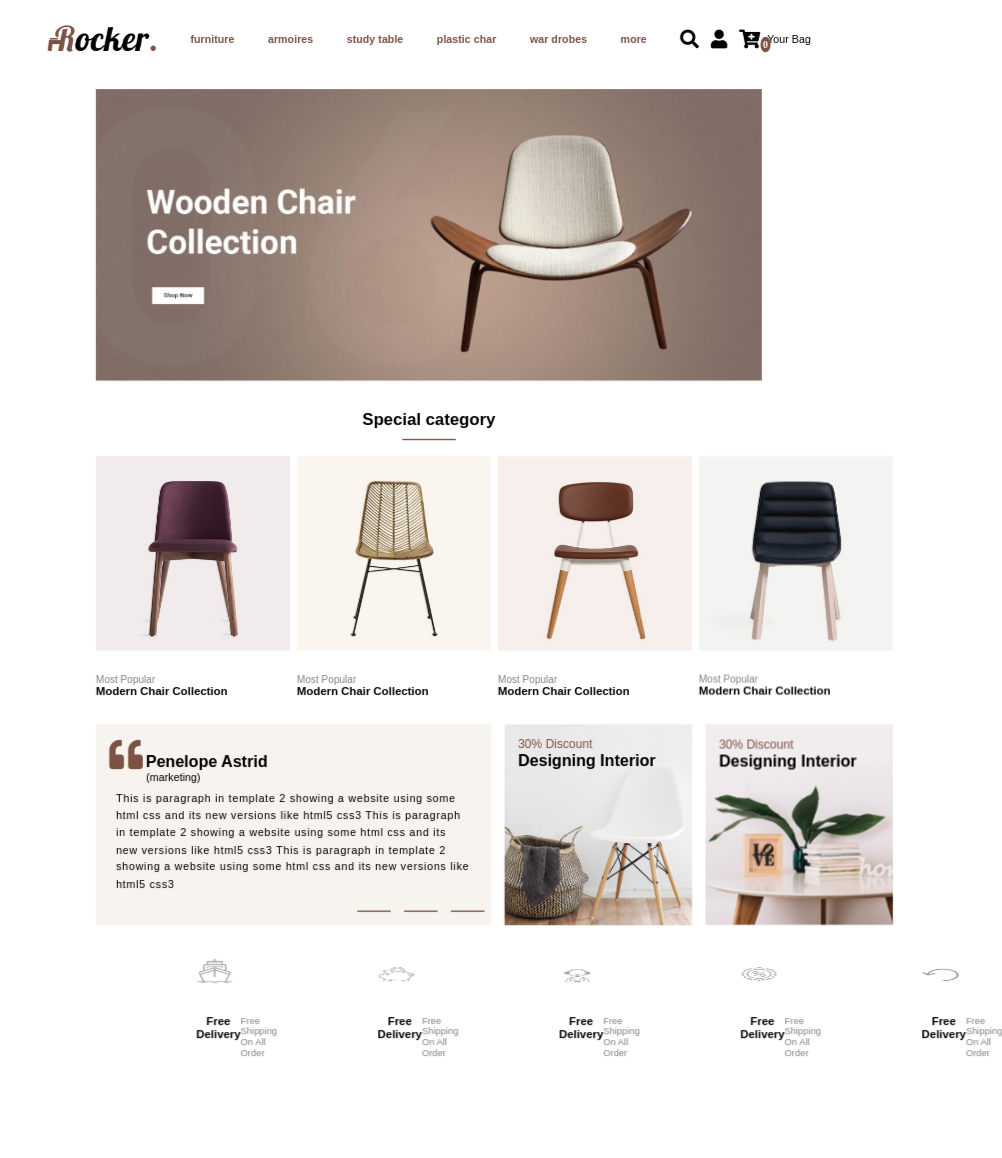
Repository: Ahmed123rezk123/p2-template
Page: index.html
These files come from the project's save history. The page is drawn as it stood at one moment and after a run of saves; the edit follows.
The browser window is 1280 px wide. The page is 1496 px wide, then 1333 px, so the pictures cover 1496 px, including what lies to the right of the window. The pictures show the whole page, at 67% of full size.

Above is the page before, as saved 2024-01-24 22:40:26.

### index.html
<!DOCTYPE html>
<html lang="en">
<head>
   <meta charset="UTF-8">
    <title>Project2</title>
  <link rel="stylesheet" href="css/style.css">
  <link rel="stylesheet" href="css/all.css">
</head>
<body>
    <!-- Header -->
    <header>
        <div class="container">
        <div class="logo">
            <a href="#"><img src="images/logo.png" alt="LOGO"></a>
        </div>
        <nav>
            <ul>
                <li><a href="#" class="active">furniture</a></li>
                <li><a href="#">armoires</a></li>
                <li><a href="#">study table</a></li>
                <li><a href="#">plastic char</a></li>
                <li><a href="#">war drobes</a></li>
                <li><a href="#">more</a></li>
            </ul>
            <div class="icons">
            <i class="fas fa-search"></i>
            <i class="fas fa-user"></i>
            <i class="fas fa-cart-plus i3"></i>
            </div>
        <span>Your Bag</span>
        </nav>
        </div>
    </header>
    <!-- Start Section 1 -->
    <section class="section1">
        <div class="container">
            <img src="images/main-banner-1-1600x700.jpg" alt="">
        </div>
    </section>
    <!-- End Section 1 -->
    <!-- Start Section 2 -->
    <section class="section2">
        <div class="container">
            <div class="div">
            <h2 class="specail">Special category</h2>
            <div class="line"></div>
            </div>
           <div class="parent1">
            <div class="div1">
                <img src="images/category-banner1.jpg" alt="">
                <p>Most Popular</p>
            <h3>Modern Chair Collection</h3>
            </div>
            <div class="div2">
                <img src="images/category-banner2.jpg" alt="">
                <p>Most Popular</p>
                <h3>Modern Chair Collection</h3></div>
            <div class="div3">
                <img src="images/category-banner3.jpg" alt="">
                <p>Most Popular</p>
                <h3>Modern Chair Collection</h3>
            </div>
            <div class="div4">
                <img src="images/category-banner4.jpg" alt="">
                <p>Most Popular</p>
                <h3>Modern Chair Collection</h3>
            </div>
            <div class="div5">
                <i class="fas fa-quote-left comma"></i>
                <h2>Penelope Astrid</h2>
                <span>(marketing)</span>
                <p>This is paragraph in template 2 showing a website using some html css and its new versions like html5 css3 This is paragraph in template 2 showing a website using some html css and its new versions like html5 css3 This is paragraph in template 2 showing a website using some html css and its new versions like html5 css3</p>
                <div class="child"></div>
            </div>
            <div class="div6"></div>
            <div class="div7">
                <p>30% Discount</p>
                <h2>Designing Interior</h2>
            </div>
            <div class="div8">
                <p>30% Discount</p>
                <h2>Designing Interior</h2>
            </div>
            <div class="parent2">
                <div class="div1-1">
                    <img src="images/icon1-1.png" alt="">
                    <div class="content-div1">
                    <h3>Free Delivery</h3>
                    <span>Free Shipping On All Order</span>
                </div>
                </div>
                <div class="div2-1">
                    <img src="images/icon2-1.png" alt="">
                    <div class="content-div2">
                        <h3>Free Delivery</h3>
                        <span>Free Shipping On All Order</span>
                    </div>
                </div>
                <div class="div3-1">
                    <img src="images/icon3-1.png" alt="">
                    <div class="content-div3">
                        <h3>Free Delivery</h3>
                        <span>Free Shipping On All Order</span>
                    </div>
                </div>
                <div class="div4-1">
                    <img src="images/icon4-1.png" alt="">
                    <div class="content-div4">
                        <h3>Free Delivery</h3>
                        <span>Free Shipping On All Order</span>
                    </div>
                </div>
                <div class="div5-1">
                    <img src="images/icon5-1.png" alt="">
                    <div class="content-div5">
                        <h3>Free Delivery</h3>
                        <span>Free Shipping On All Order</span>
                    </div>
                </div>
            </div>
           </div>
        </div>
    </section>
    <!-- End Section 2 -->
</body>
</html>

### css/style.css
/* Start variables */
:root {
    --maincolor: #7b5244;
    --subcolor: #333;
}
/* End variables */
/* Start Global Rules   */
* {
    -webkit-box-sizing: border-box;
    -moz-box-sizing: border-box;
    box-sizing: border-box;
   padding: 0;
   margin: 0;
}
body {
    font-family: Arial, Helvetica, sans-serif;
    perspective: 700px;
    transform-style: preserve-3d;
}
html {
    scroll-behavior: smooth;
}
ul {
    list-style: none;
}
.container {
    width: 80%;
    padding-left: 15px;
    padding-right: 15px;
    margin-left: auto;
    margin-right: auto;
}

/* Small */

@media(min-width: 768px) {
    .container {
       width: 750px;
    }
}

/* Medium */

@media(min-width: 992px) {
    .container {
        width: 970px;
    }
}

/* Large  */

@media(min-width: 1200px) {
    .container {
        width: 1170px;
    }
}
/* End Global Rules   */
/* Start Header */
header .container {
    display: flex;
    justify-content: space-between;
    align-items: center;
    position: relative;
    min-height: 97px;
 }
 header nav {
    flex: 1;
    display: flex;
    align-items: center;
    justify-content: flex-end;
}
 header nav ul {
    display: flex;

}
header nav ul li a {

    display: block;
    color: var(--maincolor);
    text-decoration: none;
    font-size: 16px;
    font-weight: bold;
    padding: 50px 0px;
    margin-right: 50px;
}

/* header nav ul li a:hover::before{
content: "";
position: absolute;
border-left: 2px solid var(--maincolor);
border-right: 2px solid var(--maincolor);
width: 60px;
height: 35px;

}  */
header nav .icons {
    font-weight: bold;
    font-size: 28px;
   word-spacing: 10px;
   margin-right: 10px;
}
header nav .icons .i3::after {
    position: absolute;
    content: "0";
    background-color: #7b5244;
    color: #fff;
    padding: 4px;
    border-radius: 50%;
    font-size: 15px;
    bottom: 40px;
    right: 75px;

}
/* End Header */


/* Start section 1 */
.section1 .container {
    width: 80%;
    position: relative;
    margin-top: 15px;
    margin-bottom: 40px;
    margin-left: auto;
    margin-right: auto;

}
.section1 .container img{
 width: 100%;
}
/* End section 1 */


/* Start Section 2 */
.section2 .container {
    width: 80%;
    position: relative;
}
.section2 .container .div {
    margin: 40px auto;
}
.section2 .container .specail {
    text-align: center;
    font-size: 25px;
}
.section2 .container .line {
 position: relative;
}
.section2 .container .line::before {
    content: "";
    position: absolute;
    width: 8%;
    height: 2px;
    background-color: var(--maincolor);
    top: 50%;
    left: 50%;
    transform: translate(-50%,-50%);
    margin: 15px 0;
    transition: .5s;
}
.section2 .container .div:hover  .line::before {
    content: "";
    position: absolute;
    width: 13%;
    height: 2px;
    background-color: var(--maincolor);
    top: 50%;
    left: 50%;
    transform: translate(-50%,-50%);
    margin: 15px 0;
}
.section2 .container .parent1 {
    width: 80%;
    display: grid;
    grid-template-columns: 200px 200px 200px 200px;
    grid-template-rows: 250px 250px;
   grid-gap: 150px 100px;
}
.section2 .container .parent1 img {
    width: 290px ;
    height: 290px;
    margin-bottom: 30px;
}
.section2 .container .parent1 p {
    color: gray;
    font-size: 15px;
}
.section2 .container .parent1 h3 {
    font-size: 17px;
}
.section2 .container .parent1 .div1,
.section2 .container .parent1 .div2,
.section2 .container .parent1 .div3,
.section2 .container .parent1 .div4 {
    position: relative;
}
.section2 .container .parent1 .div1:hover::before {
position: absolute;
content: " > ";
width: 30px;
height: 30px;
background-color: brown;
color: white;
text-align: center;
font-size: 25px;
top: 330px;
left: 260px;
}
.section2 .container .parent1 .div2:hover::before {
    position: absolute;
    content: " > ";
    width: 30px;
    height: 30px;
    background-color: brown;
    color: white;
    text-align: center;
    font-size: 25px;
    top: 330px;
    left: 260px;
}
.section2 .container .parent1 .div3:hover::before {
    position: absolute;
    content: " > ";
    width: 30px;
    height: 30px;
    background-color: brown;
    color: white;
    text-align: center;
    font-size: 25px;
    top: 330px;
    left: 260px;
    }
.section2 .container .parent1 .div4:hover::before {
    position: absolute;
    content: " > ";
    width: 30px;
    height: 30px;
    background-color: brown;
    color: white;
    text-align: center;
    font-size: 25px;
    top: 330px;
    left: 260px;
    }
    .section2 .container .parent1 .div5 {
        width: 590px;
        height: 300px;
        position: relative;
        background-color: #f7f3ef;
        padding: 20px;
        grid-column: 1 / 3;
        grid-row: 2 / 3;
    }
    .section2 .container .parent1 .div5 .comma {
       font-size: 50px;
       color: var(--maincolor);
    }
    .section2 .container .parent1 .div5 h2 {
        display: inline-flex;
    }
    .section2 .container .parent1 .div5 span {
        display: block;
        margin-left: 55px;
    }
    .section2 .container .parent1 .div5 p {
        margin: 10px;
        color: black;
        font-size: 16px;
        line-height: 1.6;
        letter-spacing: 1.1px;
    }
    .section2 .container .parent1 .div5::before {
        content: "";
        position: absolute;
        width: 50px;
        height: 2px;
        background-color: var(--maincolor);
        bottom: 20px;
        right: 10px;

    }
    .section2 .container .parent1 .div5::after {
        content: "";
        position: absolute;
        width: 50px;
        height: 2px;
        background-color: var(--maincolor);
        bottom: 20px;
        right: 80px;

    }
    .section2 .container .parent1 .div5 .child::before {
        content: "";
        position: absolute;
        width: 50px;
        height: 2px;
        background-color: var(--maincolor);
        bottom: 20px;
        right: 150px;

    }
    .section2 .container .parent1 .div7 {
        width: 280px;
        height: 300px;
        position: relative;
        background-image: url(../images/cms-banner-1.jpg);
        background-size: cover;
        margin-left: 10px;
        grid-column: 3 / 4;
        grid-row: 2 / 4;
        transition: .5s;
    }

    .section2 .container .parent1 .div8 {
        width: 280px;
        height: 300px;
        position: relative;
        background-image: url(../images/cms-banner-2.jpg);
        background-size: cover;
        margin-left: 10px;
        grid-column: 4 / 5;
        grid-row: 2 / 5;
        transition: .5s;
    }
    .section2 .container .parent1 .div7 p,
    .section2 .container .parent1 .div8 p {
        padding-left: 20px;
        padding-top: 20px;
        font-size: 18px;
        color: var(--maincolor);
    }
    .section2 .container .parent1 .div7 h2,
    .section2 .container .parent1 .div8 h2 {
        padding-left: 20px;
    }
    .section2 .container .parent1 .div7:hover,
    .section2 .container .parent1 .div8:hover
    {
        /* width: 280px;
        height: 300px; */
        transform: scale( 1.1 , 1.1 );
    }
    .section2 .container .parent1 .parent2 {
        position: relative;
        display: flex;
        justify-content: space-between;
        margin-top: -50px;
        margin-left: -150px;
    }

    .section2 .container .parent1 .parent2 .div1-1,
    .section2 .container .parent1 .parent2 .div2-1,
    .section2 .container .parent1 .parent2 .div3-1,
    .section2 .container .parent1 .parent2 .div4-1,
    .section2 .container .parent1 .parent2 .div5-1 {
        margin-right: 150px;
     }
    .section2 .container .parent1 .parent2 .div1-1 .content-div1 ,
    .section2 .container .parent1 .parent2 .div2-1 .content-div2 ,
    .section2 .container .parent1 .parent2 .div3-1 .content-div3 ,
    .section2 .container .parent1 .parent2 .div4-1 .content-div4 ,
    .section2 .container .parent1 .parent2 .div5-1 .content-div5   {

         display: flex;
    }

    .section2 .container .parent1 .parent2 .div1-1 h3,
    .section2 .container .parent1 .parent2 .div2-1 h3,
    .section2 .container .parent1 .parent2 .div3-1 h3,
    .section2 .container .parent1 .parent2 .div4-1 h3,
    .section2 .container .parent1 .parent2 .div5-1 h3 {
        text-align: center;
    }
    .section2 .container .parent1 .parent2 .div1-1 span ,
    .section2 .container .parent1 .parent2 .div2-1 span ,
    .section2 .container .parent1 .parent2 .div3-1 span  ,
    .section2 .container .parent1 .parent2 .div4-1 span ,
    .section2 .container .parent1 .parent2 .div5-1 span  {
        display: block;
        color: gray;
        font-size: 14px;
    }
    .section2 .container .parent1 .parent2 img {
        width: 55px;
        height: 50px;
    }

/* End Section 2 */

Loaded but not shown: css/all.css (library)

After the next 2 saves:
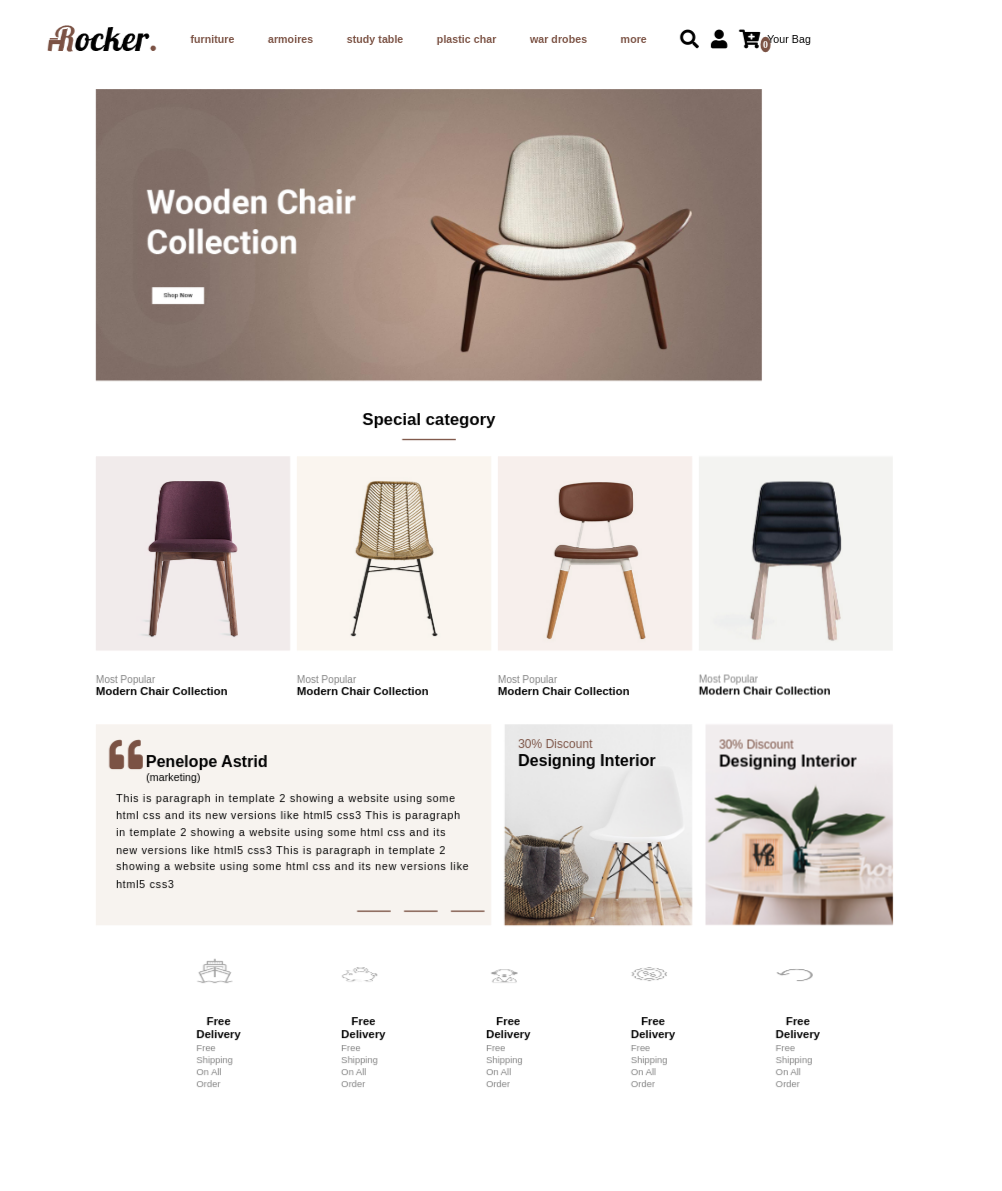
The 2 saves are shown as one change because they came seconds apart.
The last was saved 18 s later.
--- a/css/style.css
+++ b/css/style.css
@@ -360,7 +360,7 @@ left: 260px;
     .section2 .container .parent1 .parent2 .div4-1 .content-div4 ,
     .section2 .container .parent1 .parent2 .div5-1 .content-div5   {
 
-         display: flex;
+
     }
 
     .section2 .container .parent1 .parent2 .div1-1 h3,
@@ -375,7 +375,7 @@ left: 260px;
     .section2 .container .parent1 .parent2 .div3-1 span  ,
     .section2 .container .parent1 .parent2 .div4-1 span ,
     .section2 .container .parent1 .parent2 .div5-1 span  {
-        display: block;
+
         color: gray;
         font-size: 14px;
     }
